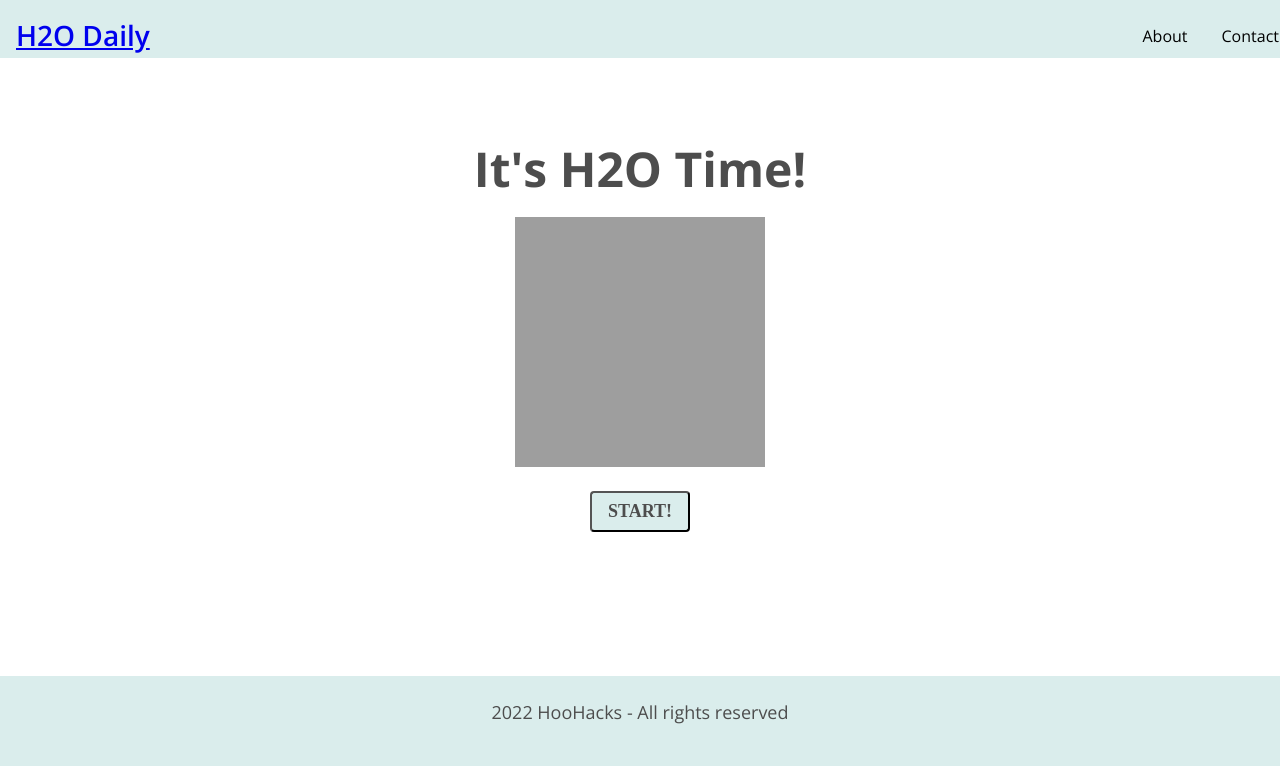
Repository: jennyjjung/H2ODaily
Page: index.html
These files come from the project's save history. The page is drawn as it stood at one moment and after the next save; the edit follows.
The browser window is 1280 px wide. The pictures show the whole page.
Pictures or frames that could not be fetched are drawn as grey boxes. Some web fonts or font styles are not loaded; a fallback is used.

Above is the page before, as saved 2022-03-26 18:04:33.

### index.html
<!DOCTYPE html>
<html lang="en">
<head>
  <meta charset="UTF-8">
  <meta http-equiv="X-UA-Compatible" content="IE=edge">
  <meta name="viewport" content="width=device-width, initial-scale=1.0">
  <title>H2O Daily</title>
  <link href='https://fonts.googleapis.com/css?family=Unica One' rel='stylesheet'>
  <link href="https://fonts.googleapis.com/css2?family=Open+Sans:wght@400;600;700&display=swap" rel="stylesheet">
  <link rel="stylesheet" href="style.css" />
  <script src="main.js" defer></script>
</head>
<body>

  <nav id="navbar">
    <div class="navbar__logo">
      <i class="fa-solid fa-glass-water"></i>
      <a href="#">H2O Daily</a>
    </div>
    <div class="navbar__menu">
      <li class="navbar__menu__item">About</li>
      <li class="navbar__menu__item">Contact</li>
    </div>
  </nav>

  <section id="home">
    <div class= "home__container">
      <h1 class="home__title">It's H2O Time! </h1>
      <img src="images/krusty_krab.png" alt="H2ODaily Logo" class="home__logo">
      <button class="btn__home">START!</button>
    </div>
  </section>

  <section id="bottom">
    <div class= "bottom__container">
      <p class="bottom__rights">2022 HooHacks - All rights reserved</p>
    </div>
  </section>

</body>
</html>

### style.css
/* Global */
:root {
  /* Color */
  --color-white: #ffffff;
  --color-dark-grey: #4d4d4d;
  --color-blue: #daedec;
  --color-dark-blue: #b9d8d6;

  /* Font weight */
  --weight-bold: 700;
  --weight-semi-bold: 600;
  --weight-regular: 400;

  /* Font Size */
  --font-large: 48px;
  --font-medium: 28px;
  --font-regular: 18px;
  --font-small: 16px;
  --font-micro: 14px;

  /* Size */
  --size-border-radius: 4px;
}

body {
  margin: 0;
  font-family: "Open Sans";
  cursor: default;
}

h1 {
  font-size: var(--font-large);
  font-weight: var(--weight-bold);
  color: var(--color-black);
  margin: 16px 0px;
}

p {
  font-size: var(--font-regular);
  font-weight: var(--weight-regular);
  color: var(--color-dark-grey);
  margin: 4px 0;
}

li {
  list-style: none;
}

/* Navbar */
#navbar {
  position: fixed;
  display: flex;
  justify-content: space-between;
  width: 100%;
  height: 26px;
  background-color: var(--color-blue);
  padding: 16px;
}

.navbar__menu {
  display: flex;
}

.navbar__logo {
  font-size: var(--font-medium);
  font-weight: var(--weight-semi-bold);
}

.navbar__menu__item {
  padding: 8px 12px;
  margin: 0 4px;
  cursor: pointer;
  border: 1px solid transparent;
  border-radius: var(--size-border-radius);
}

/* Home */
#home {
  padding: 120px 40px;
  text-align: center;
}

.home__title {
  color: var(--color-dark-grey);
}

.home__container {
  display: flex;
  flex-direction: column;
  align-items: center;
}

.home__logo {
  width: 250px;
  height: 250px;
}

.btn__home {
  color: var(--color-dark-grey);
  background-color: var(--color-blue);
  font-size: var(--font-regular);
  font-weight: var(--weight-bold);
  font-family: "Unica One";
  margin: 24px;
  padding: 8px 16px;
  border-radius: var(--size-border-radius);
}

.btn__home:hover {
  background-color: var(--color-dark-blue);
}

#bottom {
  background-color: var(--color-blue);
  padding: 20px;
  text-align: center;
  height: 50px;
}

Loaded but not shown: main.js (no copy from this time; the picture is the same without it)

After the next save:
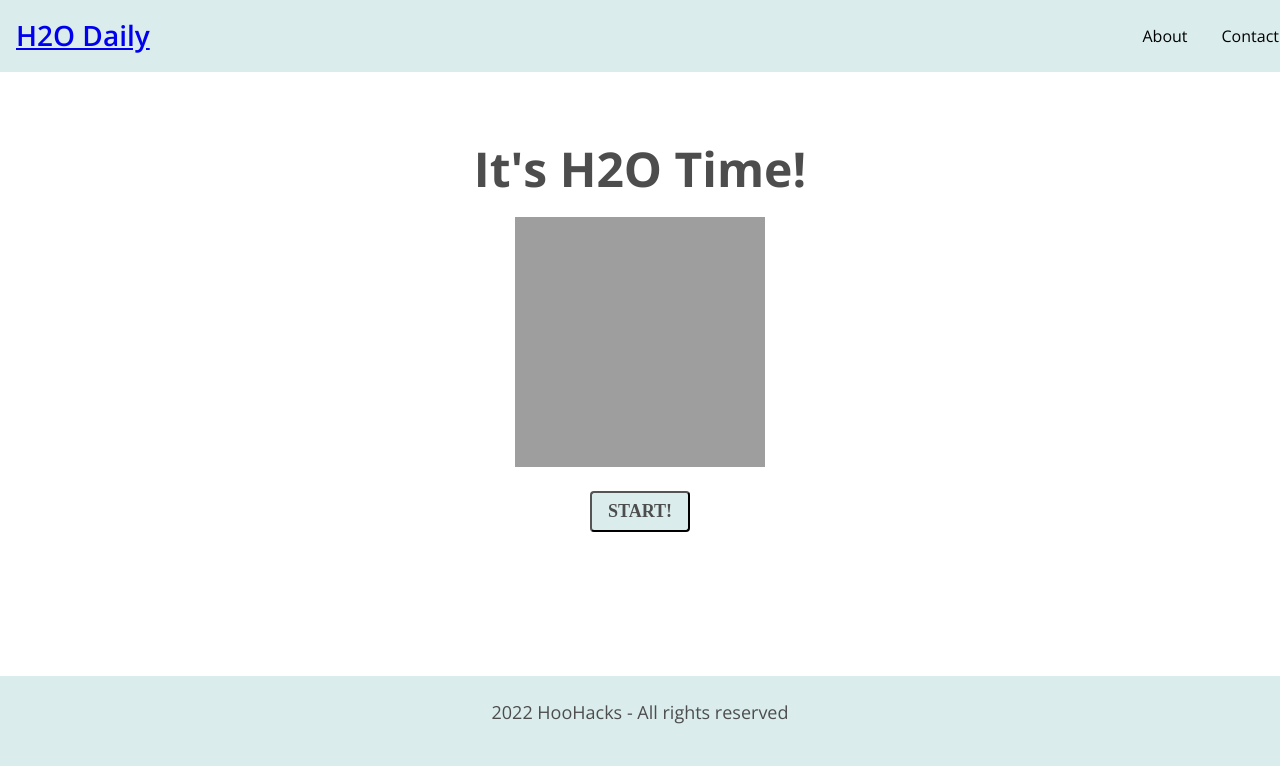
Saved 40 s later.
--- a/style.css
+++ b/style.css
@@ -52,7 +52,7 @@ li {
   display: flex;
   justify-content: space-between;
   width: 100%;
-  height: 26px;
+
   background-color: var(--color-blue);
   padding: 16px;
 }
